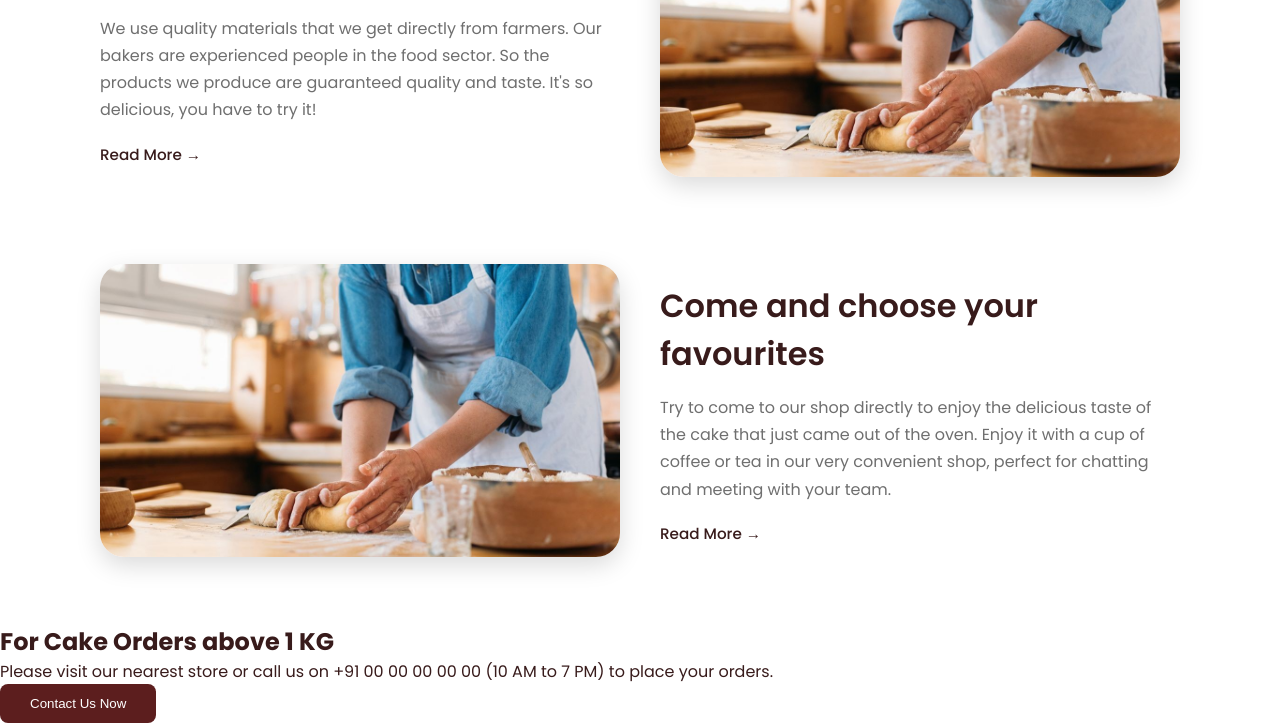
Repository: josegabrielzevallos/chocobrat-bakery-website
Page: index.html
The author's editor kept a copy of each file at every save. The page is drawn from the files as they stood at one save, then again after the next save.
The browser window is 1280 px wide. The pictures show the part of the page from y = 1596 to 2548 px (the page is 2319 px tall before and 2548 px after).
A picture or video elsewhere on the page could not be fetched, so the positions and the page height are approximate.

Above is the page before, as saved 2025-11-20 14:59:10.

After the next save:
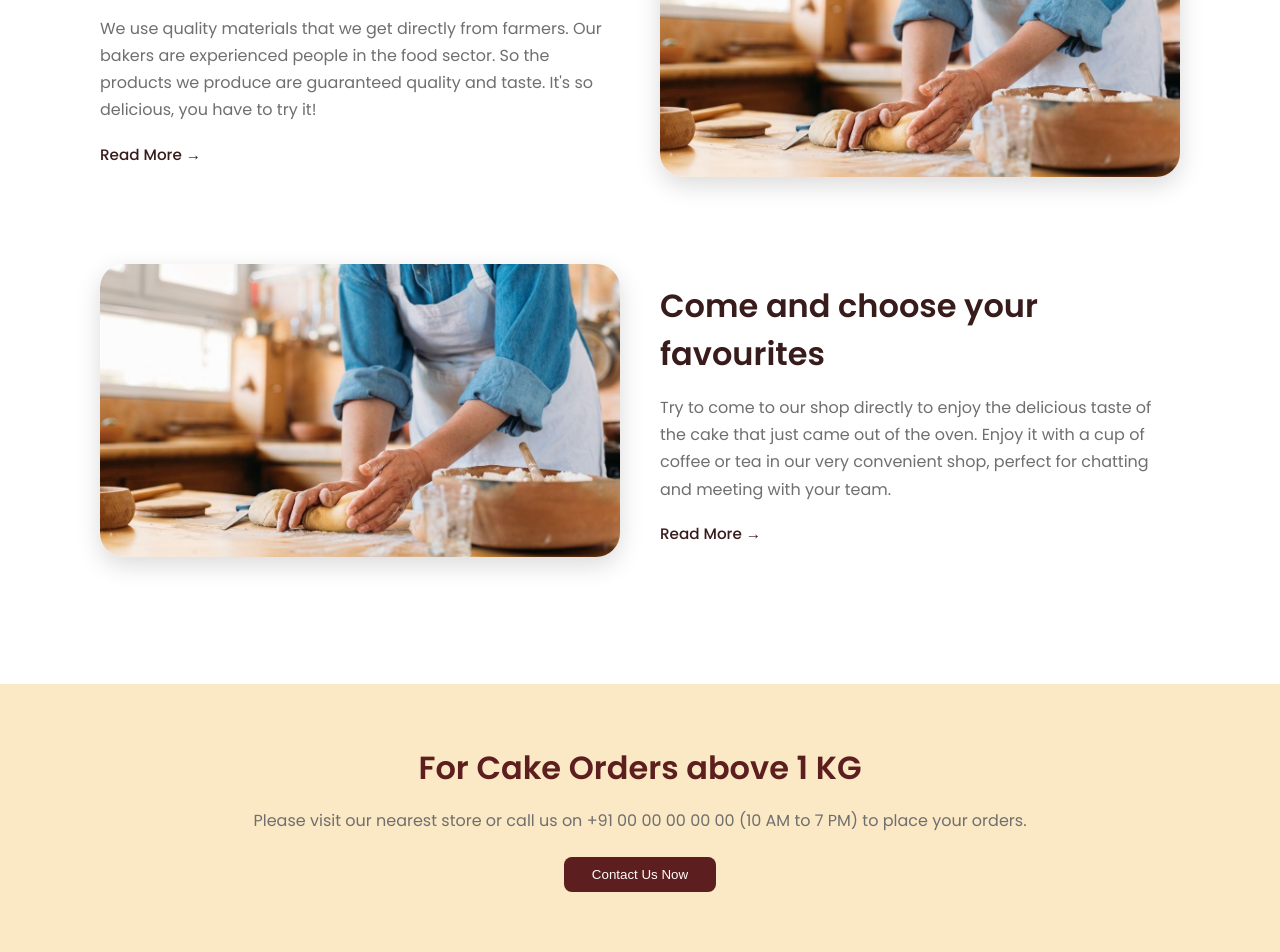
Saved 102 s later.
--- a/styles.css
+++ b/styles.css
@@ -275,3 +275,35 @@ header {
     border-radius: 24px;
     box-shadow: 0 8px 25px rgba(0, 0, 0, 0.15);
 }
+
+/* ===== ORDER BANNER ===== */
+.order-banner {
+    background-color: #FBE8C4;   /* banda beige */
+    padding: 60px 20px;
+    margin-top: 60px;
+}
+
+.order-banner-inner {
+    max-width: 800px;
+    margin: 0 auto;
+    text-align: center;
+}
+
+.order-banner h2 {
+    font-size: 2rem;
+    font-weight: 600;
+    color: #5C1E1E;             /* marrón del botón/nav */
+    margin-bottom: 16px;
+}
+
+.order-banner p {
+    color: #6F6F6F;
+    line-height: 1.6;
+    margin-bottom: 24px;
+}
+
+.order-btn {
+    /* ya hereda .btn y .primary, solo ajustamos un poco el tamaño */
+    padding: 10px 28px;
+    border-radius: 8px;
+}
